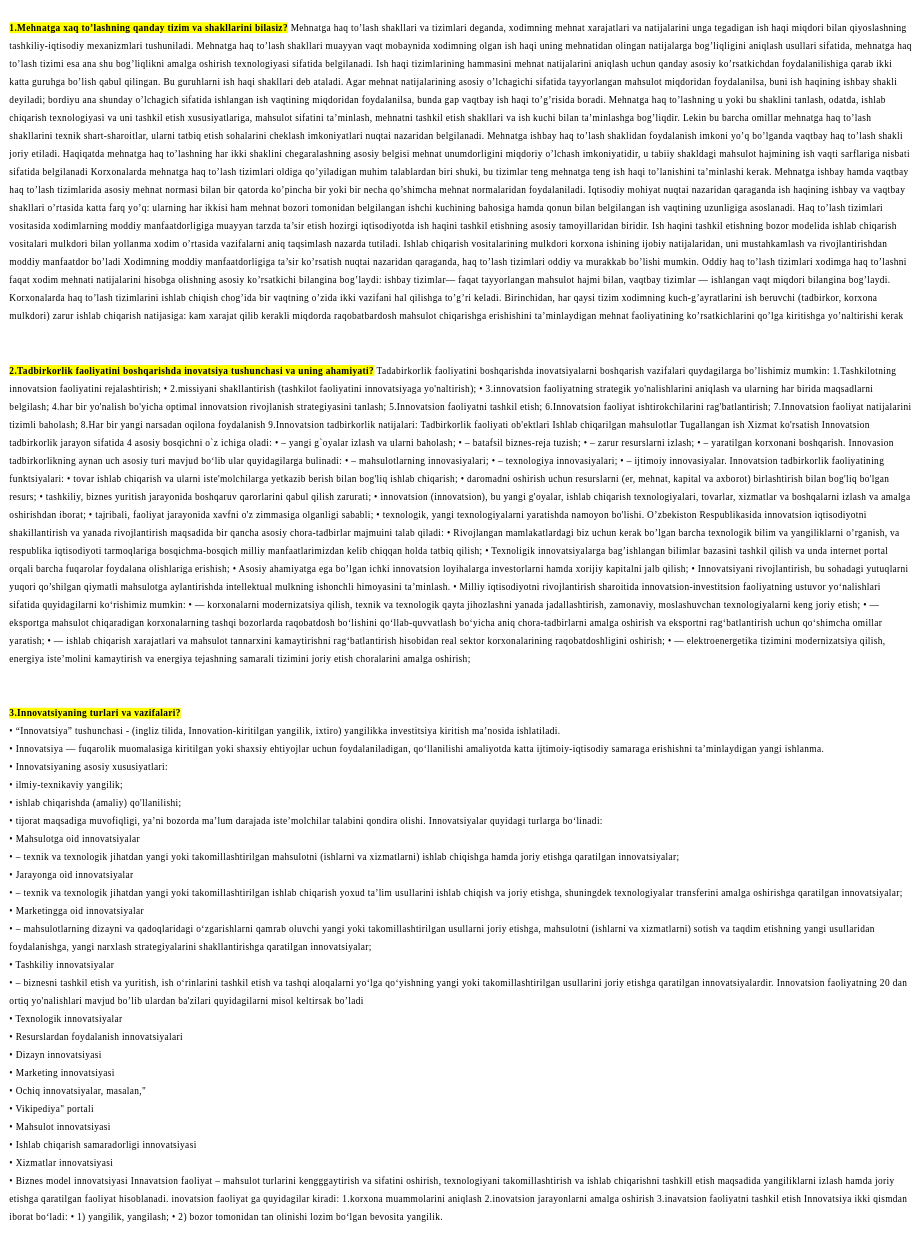
Repository: Ikromkhurozov/tsue-exam-answers
Page: index.html
An editor plug-in stored every save of this project. The page is shown before and after the next save, followed by the edit.
The browser window is 1280 px wide. The pictures show the whole page, at 72% of full size.

Above is the page before, as saved 2024-01-15 00:59:33.

After the next save:
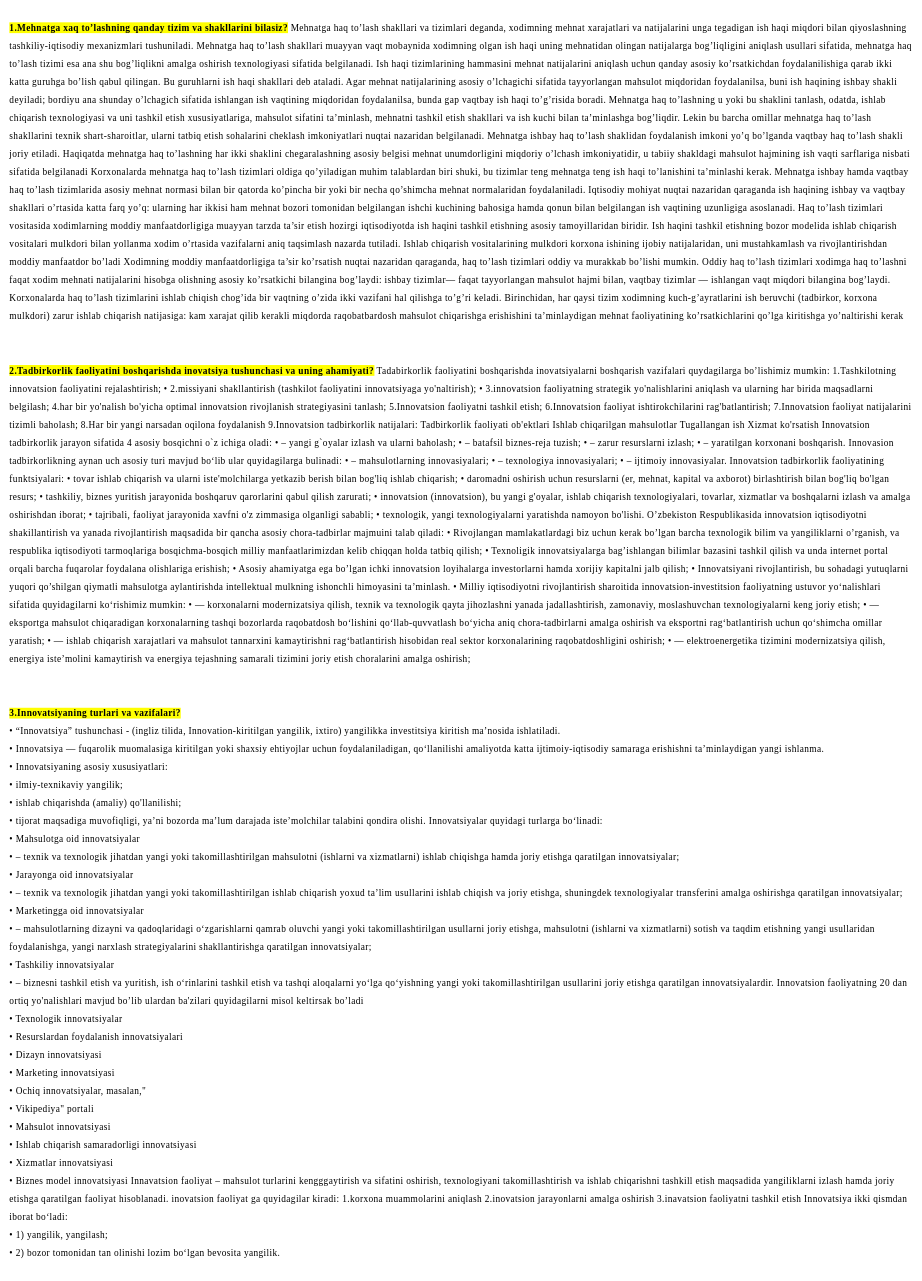
Saved 13 s later.
--- a/index.html
+++ b/index.html
@@ -108,8 +108,8 @@ Innovatsion faoliyatning 20 dan ortiq yo'nalishlari mavjud bo’lib ulardan ba'z
 
 Innavatsion faoliyat – mahsulot turlarini kengggaytirish va sifatini oshirish, texnologiyani takomillashtirish va ishlab chiqarishni  tashkill etish maqsadida yangiliklarni izlash hamda joriy etishga qaratilgan faoliyat hisoblanadi. inovatsion faoliyat ga quyidagilar kiradi: 1.korxona muammolarini aniqlash 2.inovatsion jarayonlarni amalga oshirish 3.inavatsion faoliyatni tashkil etish
 Innovatsiya ikki qismdan iborat bo‘ladi:
-•	1) yangilik, yangilash;
-•	2) bozor tomonidan tan olinishi lozim bo‘lgan bevosita yangilik.
+<br>•	1) yangilik, yangilash;
+<br>•	2) bozor tomonidan tan olinishi lozim bo‘lgan bevosita yangilik.
 
          </p>
 
